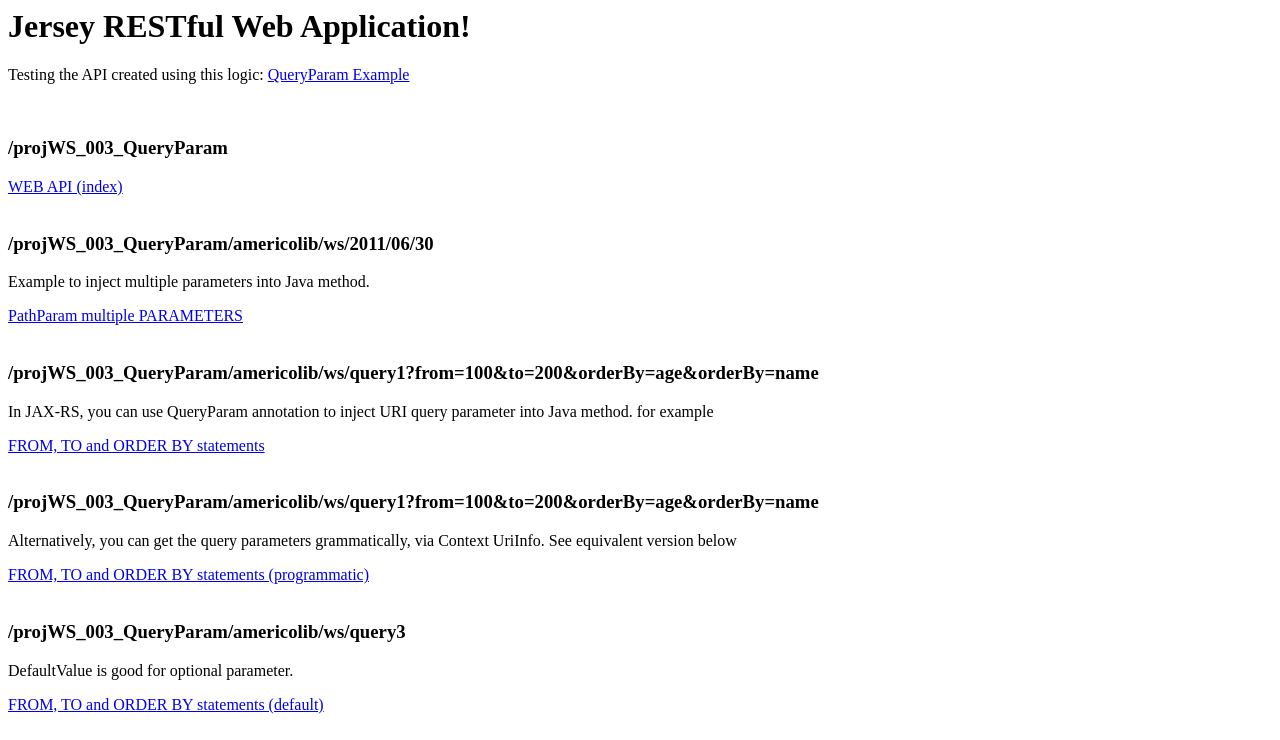
Repository: atafs/BackEnd_JAX-RS_REST_2continue
Page: http://localhost/projWS_003_QueryParam/
An editor plug-in stored every save of this project. The page is shown before and after the next save, followed by the edit.
The browser window is 1280 px wide. The pictures show the whole page.
The page is served by Tomcat 9.

Above is the page before, as saved 2016-05-02 10:29:20.

After the next save:
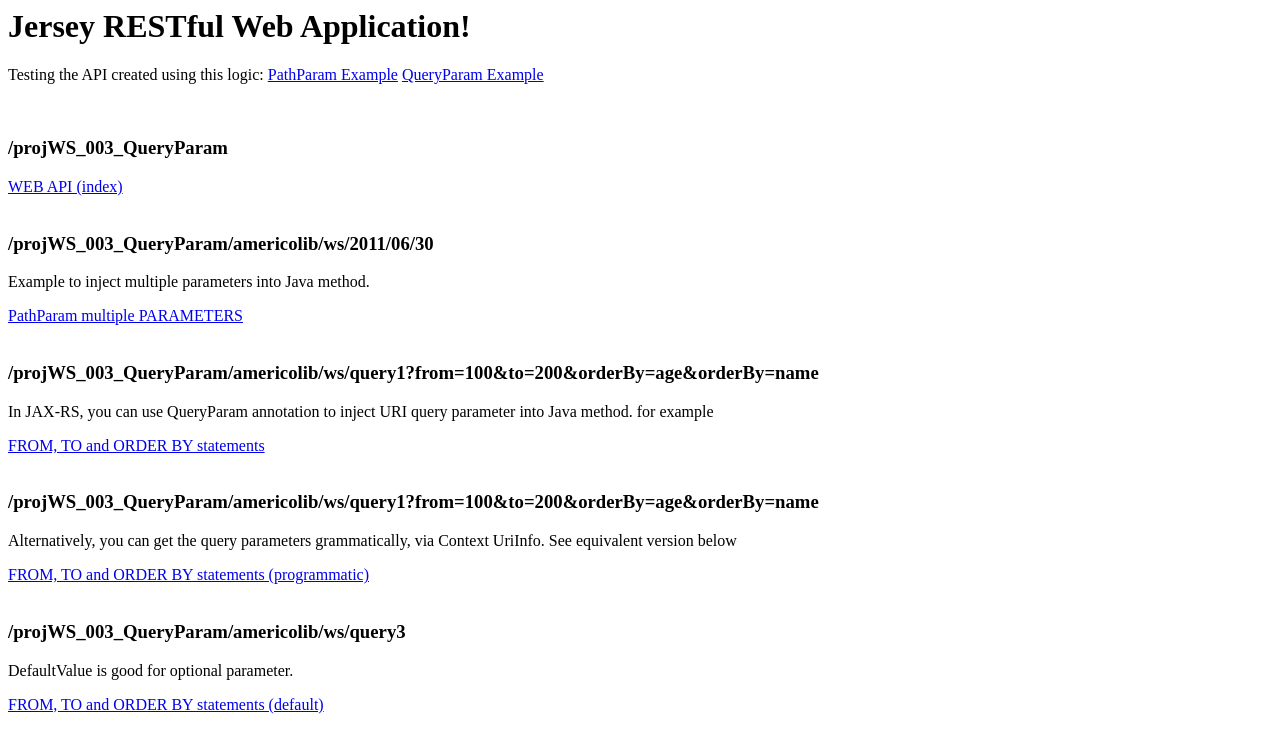
Saved 2 min 4 s later.
--- a/projWS_003_QueryParam/src/main/webapp/index.jsp
+++ b/projWS_003_QueryParam/src/main/webapp/index.jsp
@@ -5,7 +5,10 @@
 
 
 	<!-- TXT -->
-	<p>Testing the API created using this logic: <a href="http://www.mkyong.com/webservices/jax-rs/jax-rs-queryparam-example/">QueryParam Example</a></p><br/>
+	<p>Testing the API created using this logic:
+		<a href="http://www.mkyong.com/webservices/jax-rs/jax-rs-pathparam-example/">PathParam Example</a>
+		<a href="http://www.mkyong.com/webservices/jax-rs/jax-rs-queryparam-example/">QueryParam Example</a>
+	</p><br/>
 
 	<!-- LINKS -->
 	<h3>/projWS_003_QueryParam</h3>
